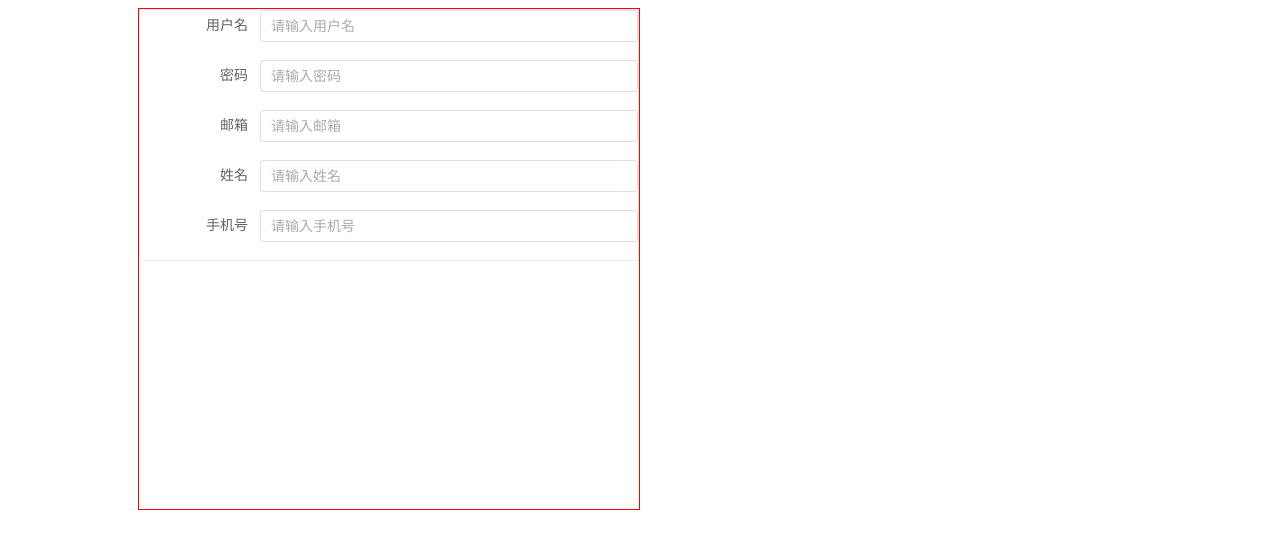
Repository: Mickey1216/yzkj_login_demo
Page: /register
An editor plug-in stored every save of this project. The page is shown before and after the next save, followed by the edit.
The browser window is 1280 px wide. The pictures show the whole page.
The project was rebuilt for these pictures with package versions that can differ from the ones it lists, and the page was loaded fresh each time. Also part of the build but not shown: vite.config.js, src/views/Login.vue.

Above is the page before, as saved 2023-07-04 14:52:13.

### src/main.js
import './assets/main.css'
import { createApp } from 'vue'
import App from './App.vue'
import router from './router'
import ElementPlus from 'element-plus'
import 'element-plus/dist/index.css'

const app = createApp(App)
app.use(router)
app.use(ElementPlus)
app.mount('#app')

### src/assets/main.css
#app {
  max-width: 1280px;
  margin: 0 auto;
  padding: 2rem;

  font-weight: normal;
}

a,
.green {
  text-decoration: none;
  color: hsla(160, 100%, 37%, 1);
  transition: 0.4s;
}

@media (hover: hover) {
  a:hover {
    background-color: hsla(160, 100%, 37%, 0.2);
  }
}

@media (min-width: 1024px) {
  body {
    display: flex;
    place-items: center;
  }

  #app {
    display: grid;
    grid-template-columns: 1fr 1fr;
    padding: 0 2rem;
  }
}

### src/App.vue
<template>
  <div class="ct">
    <routerView/>
  </div>
</template>

<script setup>

</script>

<style scoped>

</style>

### src/router/index.js
import { createRouter, createWebHistory } from 'vue-router'
import RegisterView from '../views/Register.vue'
import LoginView from '../views/Login.vue'

const router = createRouter({
  history: createWebHistory(import.meta.env.BASE_URL),
  routes: [
    {
      path: '/register',
      name: 'home',
      component: RegisterView
    },
    {
      path: '/login',
      name: 'login',
      component: LoginView
    }
  ]
})

export default router

### src/views/Register.vue
<template>
  <div class="register">
    <div class="title"></div>
    <el-form :model="form" label-width="120px" style="border:1px solid #eee;">
    <el-form-item label="用户名">
      <el-input placeholder="请输入用户名" v-model="form.name"/>
    </el-form-item>
    <el-form-item label="密码">
      <el-input placeholder="请输入密码" v-model="form.password"/>
    </el-form-item>
    <el-form-item label="邮箱">
      <el-input placeholder="请输入邮箱" v-model="form.email"/>
    </el-form-item>
    <el-form-item label="姓名">
      <el-input placeholder="请输入姓名" v-model="form.name"/>
    </el-form-item>
    <el-form-item label="手机号">
      <el-input placeholder="请输入手机号" v-model="form.phone"/>
    </el-form-item>
  </el-form>
  </div>
</template>

<script setup>
import { reactive } from 'vue'

const form = reactive({
  name: '',
  password: '',
  email: '',
  name: '',
  phone: '',

})
</script>

<style scoped>
.register{
  width: 500px;
  height: 500px;
  border: 1px solid red;
}
</style>

Loaded but not shown: index.html (common file)

After the next save:
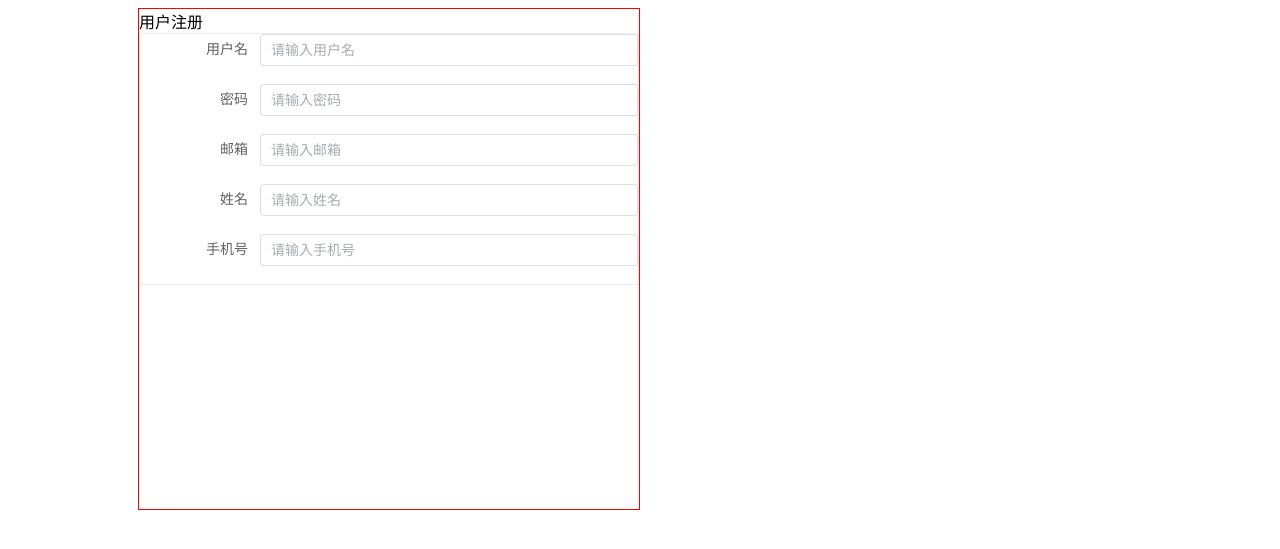
Saved 6 s later.
--- a/src/views/Register.vue
+++ b/src/views/Register.vue
@@ -1,6 +1,6 @@
 <template>
   <div class="register">
-    <div class="title"></div>
+    <div class="title">用户注册</div>
     <el-form :model="form" label-width="120px" style="border:1px solid #eee;">
     <el-form-item label="用户名">
       <el-input placeholder="请输入用户名" v-model="form.name"/>
